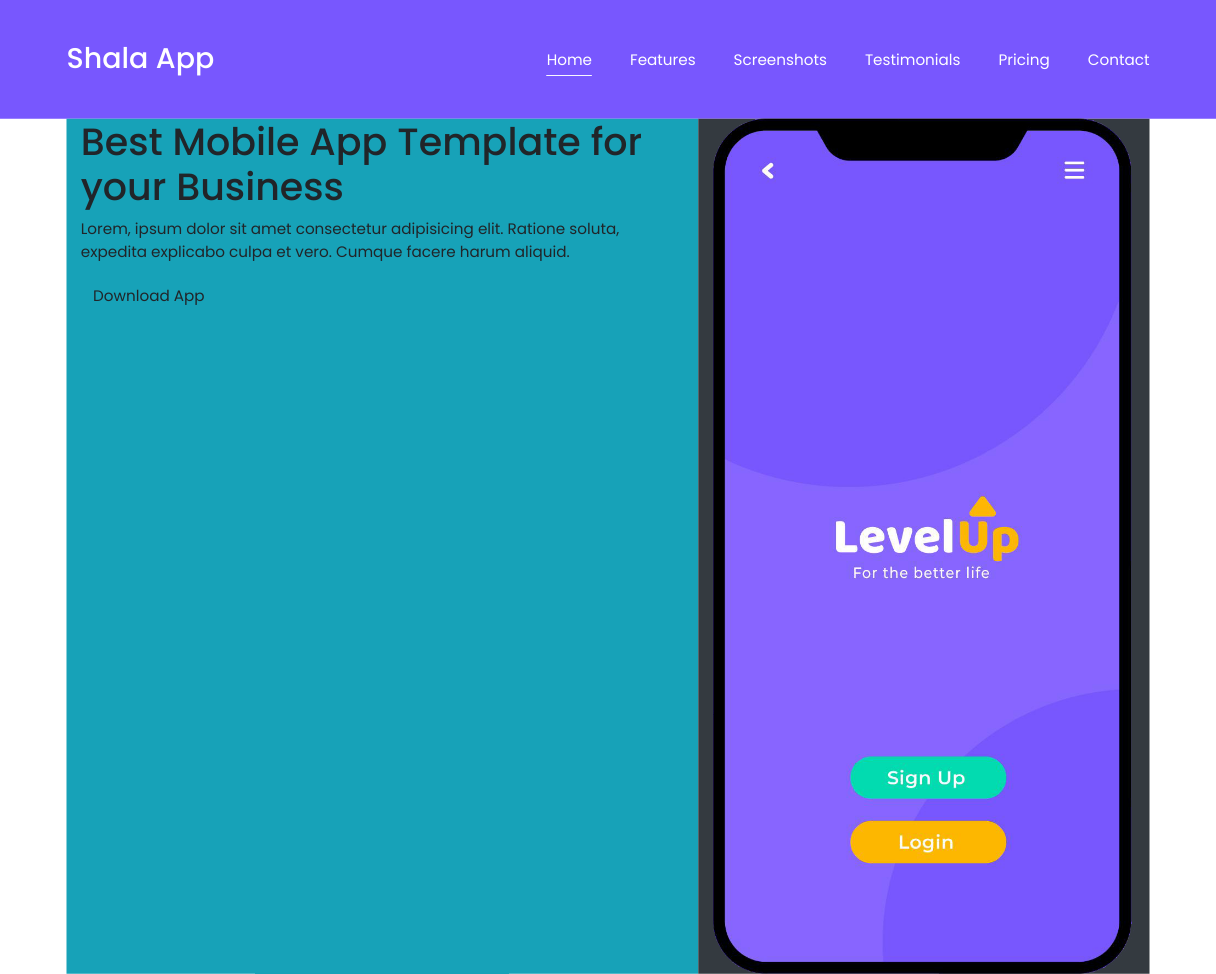
Repository: Mohamed-Hema/Shala-App
Page: index.html
These files come from the project's save history. The page is drawn as it stood at one moment and after the next save; the edit follows.
The browser window is 1280 px wide. The pictures show the whole page, at 95% of full size.

Above is the page before, as saved 2021-02-13 08:54:09.

After the next save:
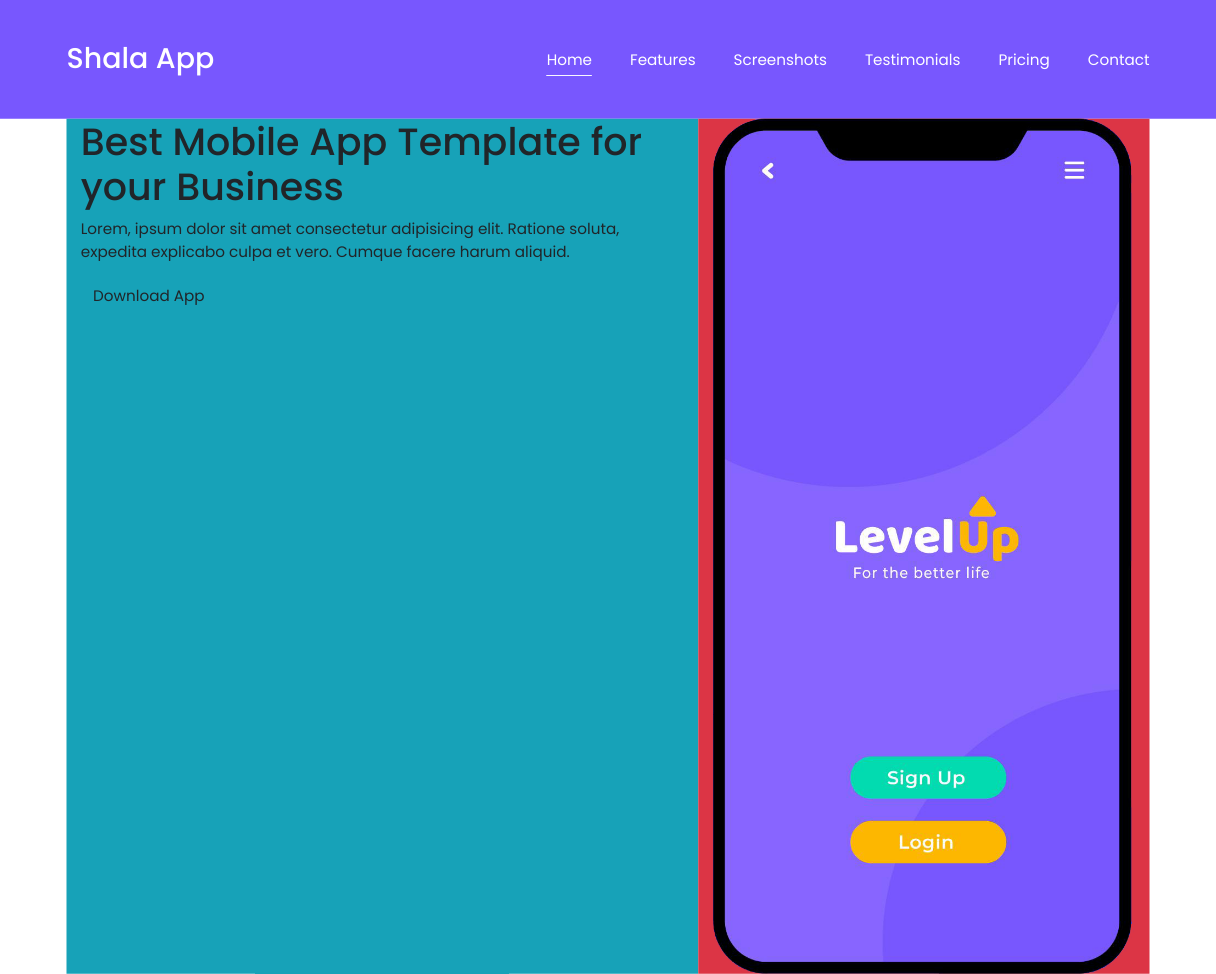
Saved 11 s later.
--- a/index.html
+++ b/index.html
@@ -66,7 +66,7 @@
             </div>
           </div>
         </div>
-        <div class="col-md-5 bg-dark">
+        <div class="col-md-5 bg-danger">
           <div class="home-img">
             <img src="img/app-screenshots/1.png" alt="First App Screen">
           </div>
